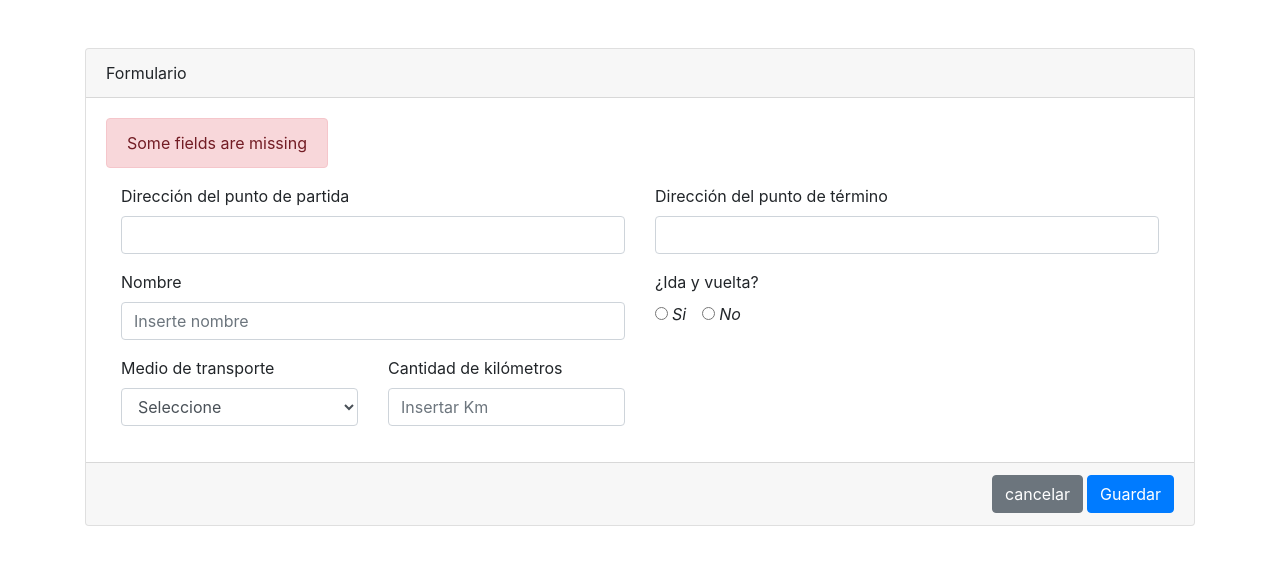
Repository: Jassan851031/foreachTask
Page: /
These files come from the project's save history. The page is drawn as it stood at one moment and after the next save; the edit follows.
The browser window is 1280 px wide. The pictures show the whole page.
The project was rebuilt for these pictures with package versions that can differ from the ones it lists, and the page was loaded fresh each time. Also part of the build but not shown: src/App.css.

Above is the page before, as saved 2020-03-23 14:57:18.

After the next save:
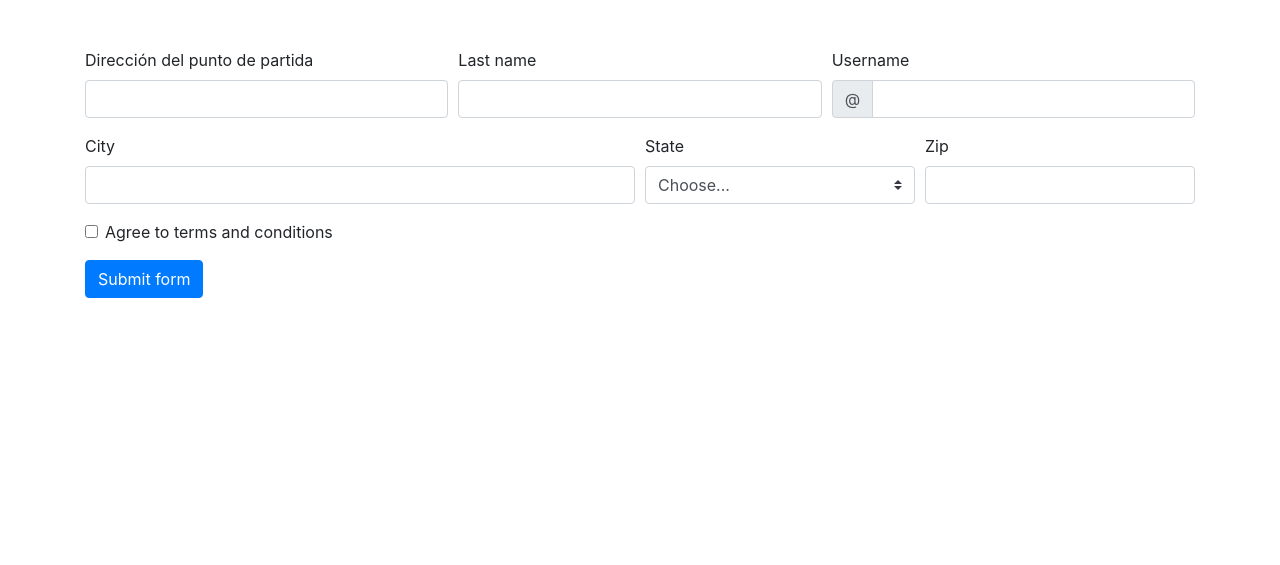
Saved 39 s later.
--- a/src/App.js
+++ b/src/App.js
@@ -4,84 +4,58 @@ import './App.css';
 function App() {
   return (
     <div className="container mt-5">
-                  <div className="row">
-                    <div className="col-md-12">
-                      <form>
-                        <div className="card">
-                          <div className="card-header">
-                            Formulario
+      <div className="row">
+        <div className="col-md-12">
+          <form>
+            <div className="form-row">
+              <div className="col-md-4 mb-3">
+              <label className="form-label">Dirección del punto de partida</label>
+                <input type="text" className="form-control" id="validationDefault01" required />
+              </div>
+              <div className="col-md-4 mb-3">
+                <label for="validationDefault02">Last name</label>
+                <input type="text" className="form-control" id="validationDefault02" required />
+              </div>
+              <div className="col-md-4 mb-3">
+                <label for="validationDefaultUsername">Username</label>
+                <div className="input-group">
+                  <div className="input-group-prepend">
+                    <span className="input-group-text" id="inputGroupPrepend2">@</span>
+                  </div>
+                  <input type="text" className="form-control" id="validationDefaultUsername" aria-describedby="inputGroupPrepend2" required />
+                </div>
+              </div>
+            </div>
+            <div className="form-row">
+              <div className="col-md-6 mb-3">
+                <label for="validationDefault03">City</label>
+                <input type="text" className="form-control" id="validationDefault03" required />
+              </div>
+              <div className="col-md-3 mb-3">
+                <label for="validationDefault04">State</label>
+                <select className="custom-select" id="validationDefault04" required>
+                  <option selected disabled value="">Choose...</option>
+                  <option>...</option>
+                </select>
+              </div>
+              <div className="col-md-3 mb-3">
+                <label for="validationDefault05">Zip</label>
+                <input type="text" className="form-control" id="validationDefault05" required />
+              </div>
+            </div>
+            <div className="form-group">
+              <div className="form-check">
+                <input className="form-check-input" type="checkbox" value="" id="invalidCheck2" required />
+                <label className="form-check-label" for="invalidCheck2">
+                  Agree to terms and conditions
+      </label>
+              </div>
+            </div>
+            <button className="btn btn-primary" type="submit">Submit form</button>
+          </form>
         </div>
-                          <div className="card-body">
-                            <div className="container">
-                              <div className="row">
-                                <div id="col-md-12">
-                                  <div className="alert alert-danger">
-                                    Some fields are missing
-                </div>
-                                </div>
-                              </div>
-                              <div className="row">
-                                <div className="col-md-6">
-                                  <div className="form-g roup">
-                                    <label className="form-label">Dirección del punto de partida</label>
-                                    <input type="text" id="no_card" className="form-control" />
-                                  </div>
-                                </div>
-                                <div className="col-md-6">
-                                  <div className="form-group">
-                                    <label className="form-label">Dirección del punto de término</label>
-                                    <input type="text" id="key" className="form-control" />
-                                  </div>
-                                </div>
-                              </div>
-                              <div className="row">
-                                <div className="col-md-6">
-                                  <div className="form-group">
-                                    <label className="form-label">Nombre</label>
-                                    <input type="text" id="nombre" className="form-control" placeholder="Inserte nombre" />
-                                  </div>
-                                </div>
-                                <div className="col-md-6">
-                                  <div className="form-group">
-                                    <label className="form-label">¿Ida y vuelta?</label><br />
-                                    <input className="select mr-1" type="radio" name="idavuelta" value="ida" />
-                                    <i className="si mr-3">Si</i>
-                                    <input className="select mr-1" type="radio" name="idavuelta" value="vuelta" />
-                                    <i className="no">No</i>
-                                  </div>
-                                </div>
-                              </div>
-                              <div className="row">
-                                <div className="col-md-3">
-                                  <div className="form-group">
-                                    <label className="form-label">Medio de transporte</label>
-                                    <select id="estado" className="form-control">
-                                      <option value="">Seleccione</option>
-                                      <option value="1"> option 1</option>
-                                      <option value="1"> option 2</option>
-                                      <option value="1"> option 3</option>
-                                      <option value="1"> option 4</option>
-                                    </select>
-                                  </div>
-                                </div>
-                                <div className="col-md-3">
-                                  <div className="form-group">
-                                    <label className="form-label">Cantidad de kilómetros</label>
-                                    <input type="text" id="postal" className="form-control" placeholder="Insertar Km" />
-                                  </div>
-                                </div>
-                              </div>
-                            </div>
-                          </div>
-                          <div className="card-footer text-right">
-                            <button className="btn btn-secondary mr-1">cancelar</button>
-                            <button className="btn btn-primary">Guardar</button>
-                          </div>
-                        </div>
-                      </form>
-                    </div>
-                  </div>
-                </div>
+      </div>
+    </div>
   );
 }
 
